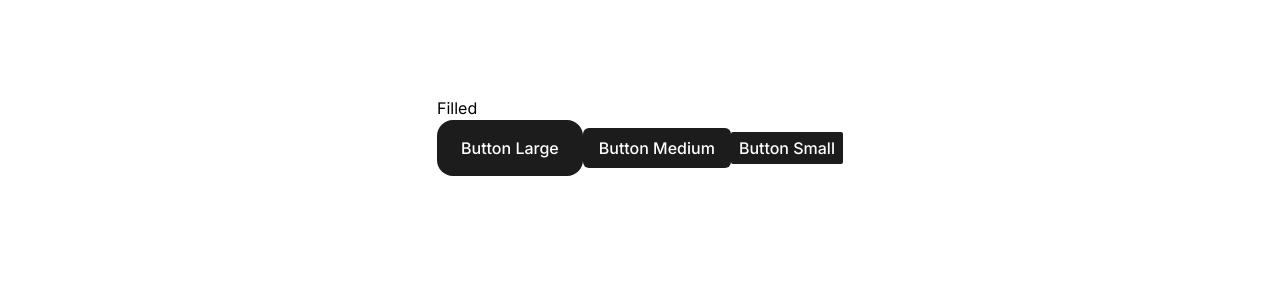
Repository: ggonzaga29/polarized-dashboard
Page: /
The author's editor kept a copy of each file at every save. The page is drawn from the files as they stood at one save, then again after the next save.
The browser window is 1280 px wide. The pictures show the whole page.
The project was rebuilt for these pictures with package versions that can differ from the ones it lists, and the page was loaded fresh each time. The framework's server and built-in components were replaced by stand-ins that run in the browser. Also part of the build but not shown: next.config.js.

Above is the page before, as saved 2023-08-03 12:52:37.

After the next save:
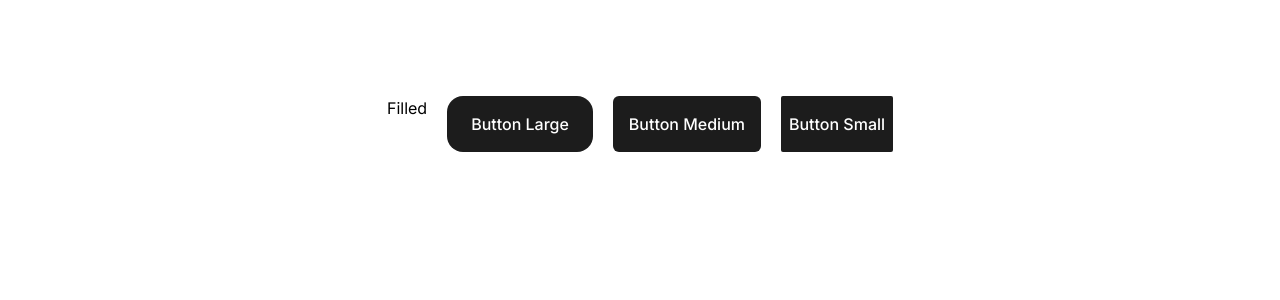
Saved 18 s later.
--- a/src/app/page.jsx
+++ b/src/app/page.jsx
@@ -4,7 +4,7 @@ import { Button } from '@/components/ui/button';
 export default function Home() {
   return (
     <main className="flex min-h-screen flex-col items-center justify-between p-24">
-      <div>
+      <div className='flex gap-5 '>
         <h2>Filled</h2>
         <Button variant="filled" size="lg">
           Button Large
